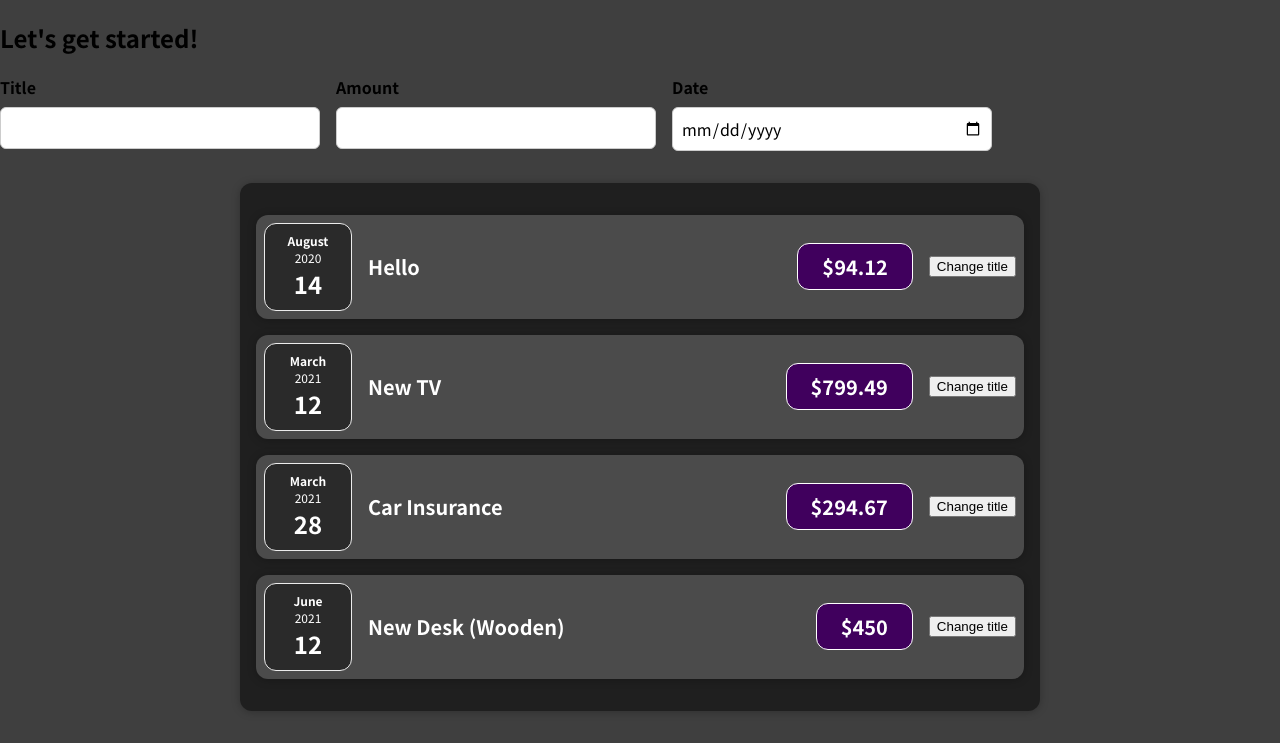
Repository: Dark-Developer93/react-complete-guide
Page: /, after clicking the first element matching `button`
An editor plug-in stored every save of this project. The page is shown before and after the next save, followed by the edit.
The browser window is 1280 px wide. The pictures show the whole page.
The project was rebuilt for these pictures with package versions that can differ from the ones it lists, and the page was loaded fresh each time. Also part of the build but not shown: src/components/Expenses/NewExpense/NewExpense.css.

Above is the page before, as saved 2022-11-04 22:17:03.

### src/App.js
import Expenses from "./components/Expenses/Expenses";
import NewExpense from "./components/Expenses/NewExpense/NewExpense";

const App = () => {
  const expenses = [
    {
      id: "e1",
      title: "Toilet Paper",
      title2: "Hello",
      amount: 94.12,
      date: new Date(2020, 7, 14),
    },
    {
      id: "e2",
      title: "New TV",
      title2: "World",
      amount: 799.49,
      date: new Date(2021, 2, 12),
    },
    {
      id: "e3",
      title: "Car Insurance",
      title2: "From",
      amount: 294.67,
      date: new Date(2021, 2, 28),
    },
    {
      id: "e4",
      title: "New Desk (Wooden)",
      title2: "Egypt",
      amount: 450,
      date: new Date(2021, 5, 12),
    },
  ];
  return (
    <div>
      <h2>Let's get started!</h2>
      <NewExpense />
      <Expenses item={expenses} />
    </div>
  );
};

export default App;

### src/components/Expenses/Expenses.js
import "./Expenses.css";
import ExpenseItem from "./ExpenseItem";
import Card from "../UI/Card";

const Expenses = (props) => {
  return (
    <Card className="expenses">
      {props.item.map((expense) => {
        return (
          <ExpenseItem
            key={expense.id}
            title={expense.title}
            title2={expense.title2}
            amount={expense.amount}
            date={expense.date}
          />
        );
      })}
    </Card>
  );
};

export default Expenses;

### src/components/Expenses/NewExpense/NewExpense.js
import React from "react";
import "./NewExpense.css";
import ExpenseForm from "./ExpenseForm";

const NewExpense = () => {
  return (
    <div>
      <ExpenseForm />
    </div>
  );
};

export default NewExpense;

### src/components/Expenses/ExpenseItem.js
import { useState } from "react";

import "./ExpenseItem.css";
import ExpenseDate from "./ExpenseDate";
import Card from "../UI/Card";

const ExpenseItem = (props) => {
  const [title, setTitle] = useState(props.title);
  const { title2, amount, date } = props;
  const clickHandler = () => {
    setTitle(title2);
  };
  return (
    <Card className="expense-item">
      <ExpenseDate date={date} />
      <div className="expense-item__description">
        <h2>{title}</h2>
        <div className="expense-item__price">${amount}</div>
        <button onClick={clickHandler}>Change title</button>
      </div>
    </Card>
  );
};

export default ExpenseItem;

### src/components/Expenses/NewExpense/ExpenseForm.js
import React from "react";
import "./ExpenseForm.css";

const ExpenseForm = () => {
  return (
    <form>
      <div className="new-expense__controls">
        <div className="new-expense__control">
          <label>Title</label>
          <input type="text" />
        </div>
        <div className="new-expense__control">
          <label>Amount</label>
          <input type="number" min="0.01" step="0.01" />
        </div>
        <div className="new-expense__control">
          <label>Date</label>
          <input type="date" min="2019-01-01" max="2022-12-31" />
        </div>
      </div>
    </form>
  );
};

export default ExpenseForm;

### src/components/Expenses/ExpenseItem.css
.expense-item {
  display: flex;
  justify-content: space-between;
  align-items: center;
  padding: 0.5rem;
  margin: 1rem 0;
  background-color: #4b4b4b;
}

.expense-item__description {
  display: flex;
  flex-direction: column;
  gap: 1rem;
  align-items: flex-end;
  flex-flow: column-reverse;
  justify-content: flex-start;
  flex: 1;
}

.expense-item h2 {
  color: #3a3a3a;
  font-size: 1rem;
  flex: 1;
  margin: 0 1rem;
  color: white;
}

.expense-item__price {
  font-size: 1rem;
  font-weight: bold;
  color: white;
  background-color: #40005d;
  border: 1px solid white;
  padding: 0.5rem;
  border-radius: 12px;
}

@media (min-width: 580px) {
  .expense-item__description {
    flex-direction: row;
    align-items: center;
    justify-content: flex-start;
    flex: 1;
  }

  .expense-item__description h2 {
    font-size: 1.25rem;
  }

  .expense-item__price {
    font-size: 1.25rem;
    padding: 0.5rem 1.5rem;
  }
}

### src/components/Expenses/ExpenseDate.js
import "./ExpenseDate.css";
const ExpenseDate = (props) => {
  const month = props.date.toLocaleDateString("en-US", { month: "long" });
  const year = props.date.toLocaleDateString("en-US", { year: "numeric" });
  const day = props.date.toLocaleDateString("en-US", { day: "numeric" });
  return (
    <div className="expense-date">
      <div className="expense-date__month">{month}</div>
      <div className="expense-date__year">{year}</div>
      <div className="expense-date__day">{day}</div>
    </div>
  );
};

export default ExpenseDate;

Loaded but not shown: public/index.html (common file); src/index.js (common file); src/index.css (common file); src/components/Expenses/Expenses.css (common file); src/components/UI/Card.js (common file); src/components/UI/Card.css (common file); src/components/Expenses/NewExpense/ExpenseForm.css (common file); src/components/Expenses/ExpenseDate.css (common file)

After the next save:
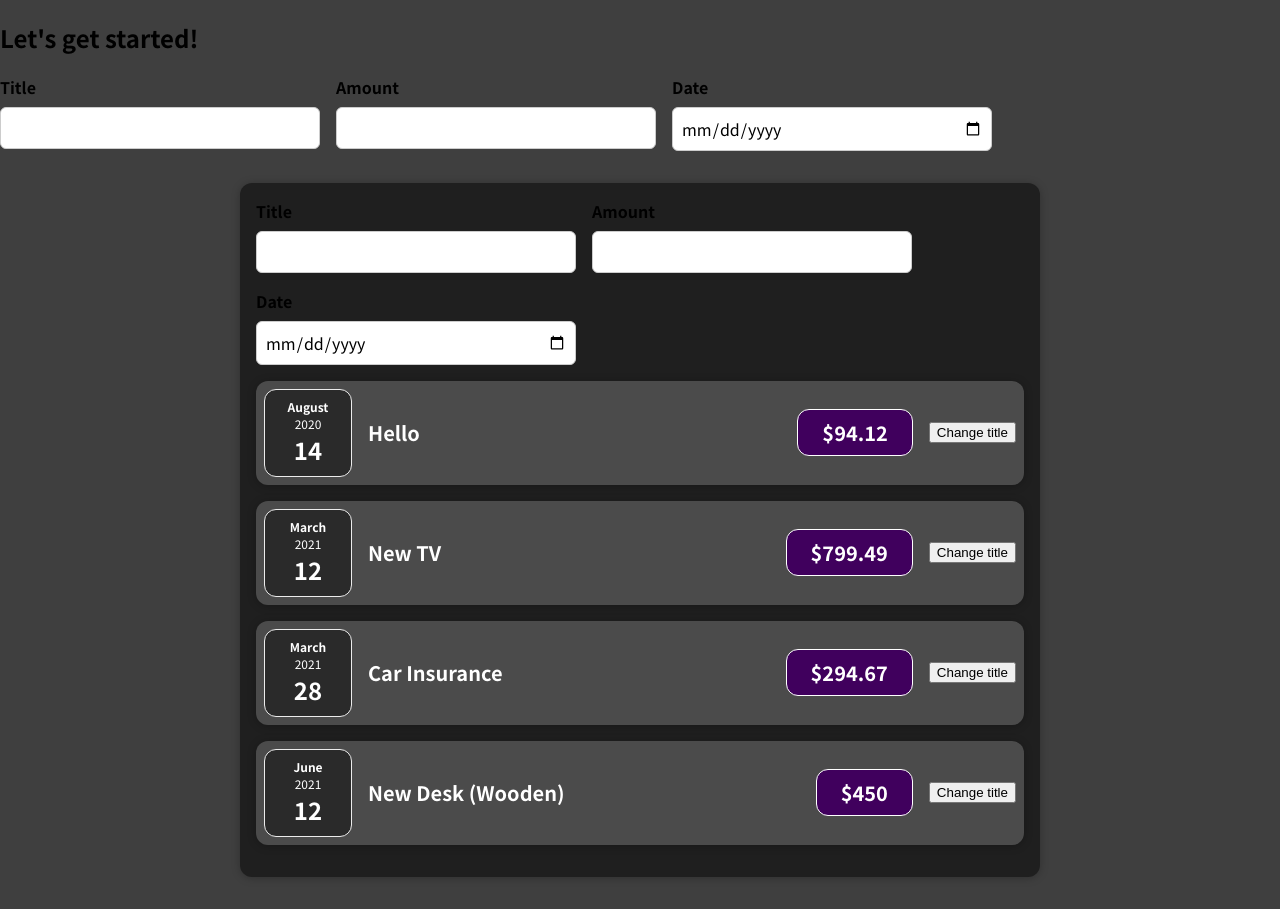
Saved 42 s later.
--- a/src/components/Expenses/Expenses.js
+++ b/src/components/Expenses/Expenses.js
@@ -1,10 +1,12 @@
 import "./Expenses.css";
 import ExpenseItem from "./ExpenseItem";
 import Card from "../UI/Card";
+import NewExpense from "./NewExpense/NewExpense";
 
 const Expenses = (props) => {
   return (
     <Card className="expenses">
+      <NewExpense />
       {props.item.map((expense) => {
         return (
           <ExpenseItem

After the save that followed:
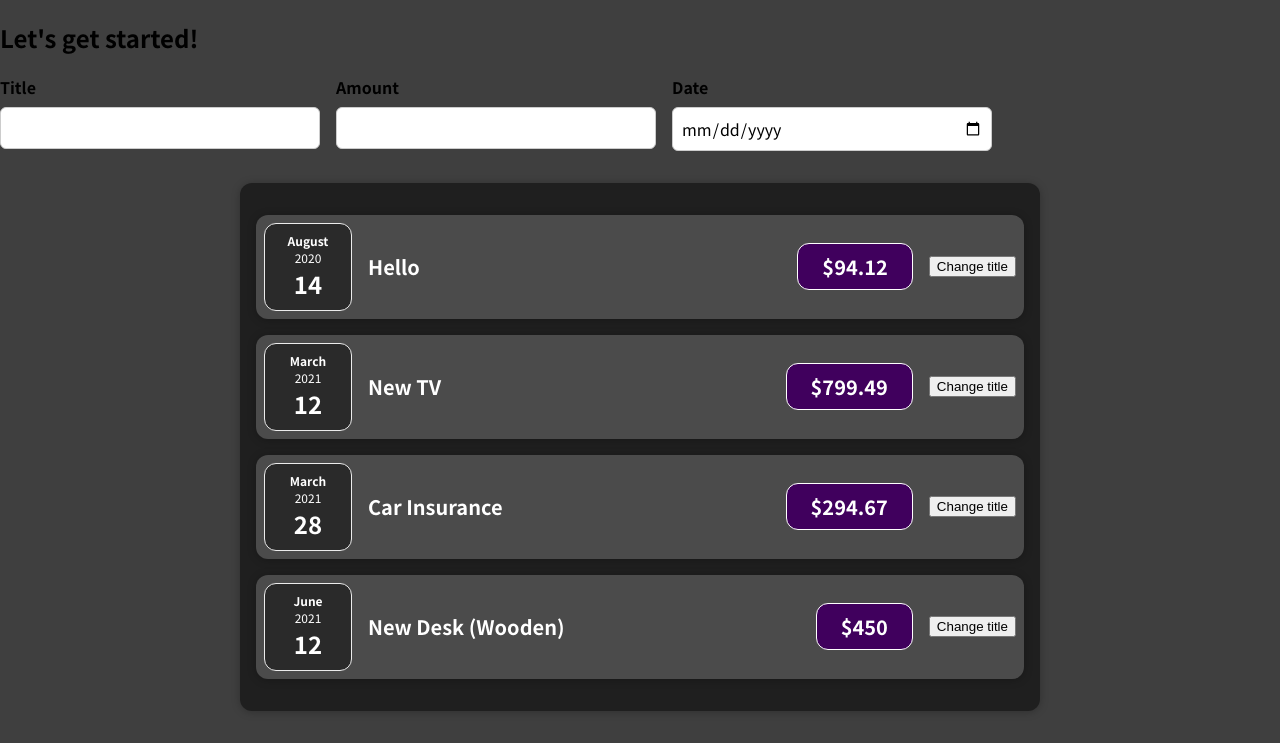
Saved 15 s later.
--- a/src/components/Expenses/Expenses.js
+++ b/src/components/Expenses/Expenses.js
@@ -1,12 +1,10 @@
 import "./Expenses.css";
 import ExpenseItem from "./ExpenseItem";
 import Card from "../UI/Card";
-import NewExpense from "./NewExpense/NewExpense";
 
 const Expenses = (props) => {
   return (
     <Card className="expenses">
-      <NewExpense />
       {props.item.map((expense) => {
         return (
           <ExpenseItem
